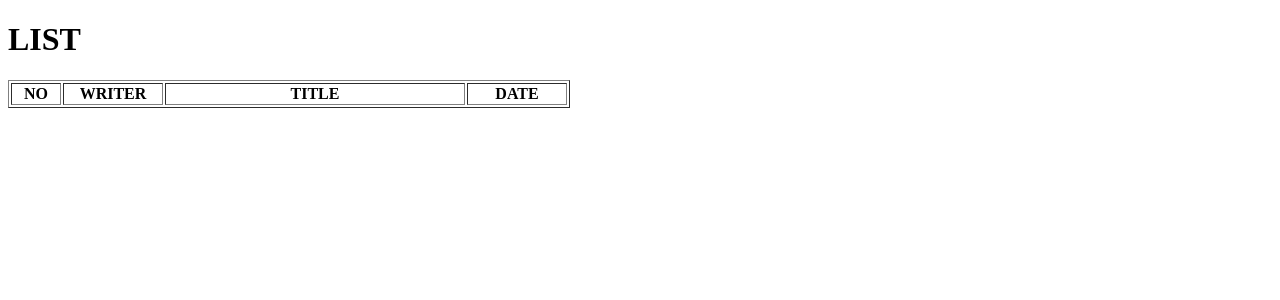
Repository: leedh909/Academy-web-
Page: http://localhost/Jsp08_MVC/controller.do?command=list
These files come from the project's save history. The page is drawn as it stood at one moment and after the next save; the edit follows.
The browser window is 1280 px wide. The pictures show the whole page.
The page is served by Tomcat 9. Queries for data that is not in the repository find no rows.

Above is the page before, as saved 2020-07-07 00:27:56.

After the next save:
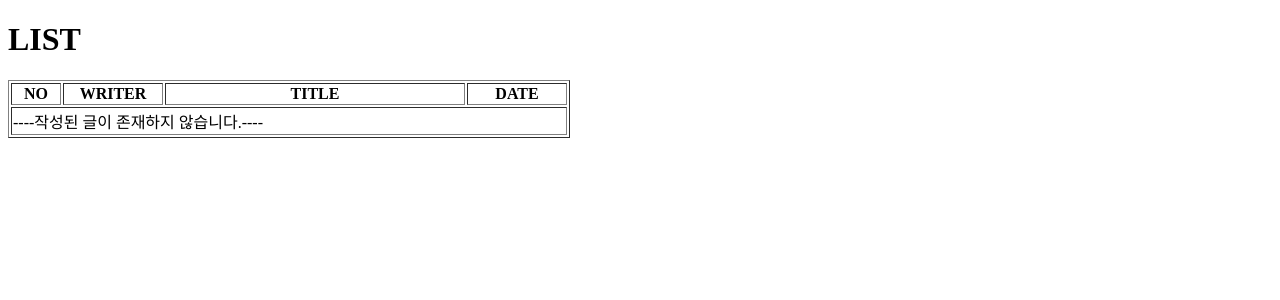
Saved 90 s later.
--- a/실습자료/eclipse-servlet/Jsp08_MVC/WebContent/boardlist.jsp
+++ b/실습자료/eclipse-servlet/Jsp08_MVC/WebContent/boardlist.jsp
@@ -24,8 +24,15 @@
 		</tr>
 		<c:choose>
 			<c:when test="${empty list}">
+				<tr>
+					<td colspan="4">----작성된 글이 존재하지 않습니다.----</td>
+				</tr>
+			</c:when>
+			<c:otherwise>
+				<tr>
 
-			</c:when>
+				 </tr>
+			</c:otherwise>
 		</c:choose>
 
 	</table>
